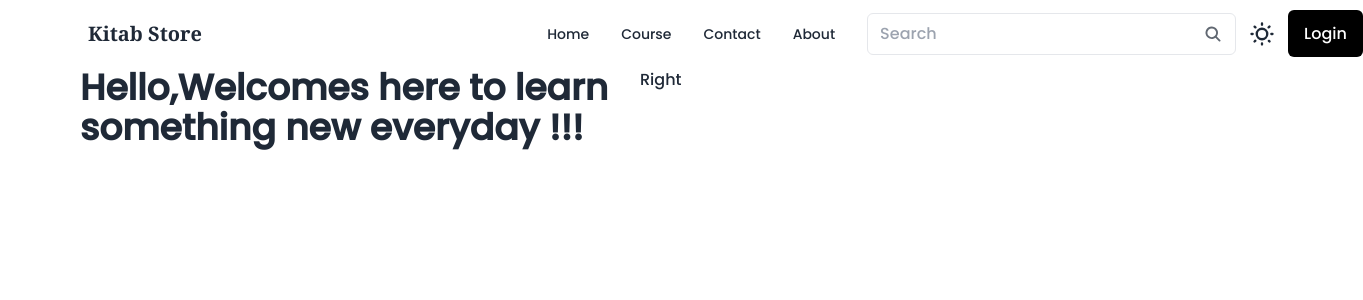
Repository: diensy/Kitab.com
Page: / (app in Frontend/)
These files come from the project's save history. The page is drawn as it stood at one moment and after a run of saves; the edit follows.
The browser window is 1280 px wide. The page is 1363 px wide, so the pictures cover 1363 px, including what lies to the right of the window. The pictures show the whole page.
The project was rebuilt for these pictures with package versions that can differ from the ones it lists, and the page was loaded fresh each time. Also part of the build but not shown: Frontend/vite.config.js.

Above is the page before, as saved 2024-07-28 23:19:01.

### Frontend/src/App.jsx
import React from 'react'
import Navbar from './Components/Navbar'
import Banners from './Components/Banner'
const App = () => {
  return (
    <>
    <Navbar/>
    <Banners/>
    </>
  )
}

export default App

### Frontend/src/index.css
@import url("https://fonts.googleapis.com/css2?family=Fredoka:wght@300..700&family=Montserrat:ital,wght@0,100..900;1,100..900&family=Poppins:wght@500&display=swap");
@tailwind base;
@tailwind components;
@tailwind utilities;

body {
  font-family: "Poppins", sans-serif;
}

### Frontend/src/Components/Navbar.jsx
import React from "react";

const Navbar = () => {
  const navItems = (
    <>
      <li>
        <a>Home</a>
      </li>
      <li>
        <a>Course</a>
      </li>
      <li>
        <a>Contact</a>
      </li>
      <li>
        <a>About</a>
      </li>
    </>
  );
  return (
    <>
      <div className="max-w-screen-2xl container mx-auto md:px-20 px-4">
        <div className="navbar bg-base-100">
          <div className="navbar-start">
            <div className="dropdown">
              <div
                tabIndex={0}
                role="button"
                className="btn btn-ghost lg:hidden"
              >
                <svg
                  xmlns="http://www.w3.org/2000/svg"
                  className="h-5 w-5"
                  fill="none"
                  viewBox="0 0 24 24"
                  stroke="currentColor"
                >
                  <path
                    strokeLinecap="round"
                    strokeLinejoin="round"
                    strokeWidth="2"
                    d="M4 6h16M4 12h8m-8 6h16"
                  />
                </svg>
              </div>
              <ul
                tabIndex={0}
                className="menu menu-sm dropdown-content bg-base-100 rounded-box z-[1] mt-3 w-52 p-2 shadow"
              >
                {navItems}
              </ul>
            </div>
            <a className="text-xl font-bold cursor-pointer font-serif">
              Kitab Store
            </a>
          </div>
          <div className="nav-end space-x-3">
            <div className="navbar-center hidden lg:flex ">
              <ul className="menu menu-horizontal px-1">{navItems}</ul>
            </div>
            <div className="hidden md:block">
              <label className="flex items-center gap-2 border outline-none px-3 py-2 rounded-md">
                <input type="text" className="grow" placeholder="Search" />
                <svg
                  xmlns="http://www.w3.org/2000/svg"
                  viewBox="0 0 16 16"
                  fill="currentColor"
                  className="h-5 w-5 opacity-70"
                >
                  <path
                    fillRule="evenodd"
                    d="M9.965 11.026a5 5 0 1 1 1.06-1.06l2.755 2.754a.75.75 0 1 1-1.06 1.06l-2.755-2.754ZM10.5 7a3.5 3.5 0 1 1-7 0 3.5 3.5 0 0 1 7 0Z"
                    clipRule="evenodd"
                  />
                </svg>
              </label>
            </div>
            <label className="swap swap-rotate">
              {/* this hidden checkbox controls the state */}
              <input
                type="checkbox"
                className="theme-controller"
                value="synthwave"
              />

              {/* sun icon */}
              <svg
                className="swap-off h-7 w-7 fill-current"
                xmlns="http://www.w3.org/2000/svg"
                viewBox="0 0 24 24"
              >
                <path d="M5.64,17l-.71.71a1,1,0,0,0,0,1.41,1,1,0,0,0,1.41,0l.71-.71A1,1,0,0,0,5.64,17ZM5,12a1,1,0,0,0-1-1H3a1,1,0,0,0,0,2H4A1,1,0,0,0,5,12Zm7-7a1,1,0,0,0,1-1V3a1,1,0,0,0-2,0V4A1,1,0,0,0,12,5ZM5.64,7.05a1,1,0,0,0,.7.29,1,1,0,0,0,.71-.29,1,1,0,0,0,0-1.41l-.71-.71A1,1,0,0,0,4.93,6.34Zm12,.29a1,1,0,0,0,.7-.29l.71-.71a1,1,0,1,0-1.41-1.41L17,5.64a1,1,0,0,0,0,1.41A1,1,0,0,0,17.66,7.34ZM21,11H20a1,1,0,0,0,0,2h1a1,1,0,0,0,0-2Zm-9,8a1,1,0,0,0-1,1v1a1,1,0,0,0,2,0V20A1,1,0,0,0,12,19ZM18.36,17A1,1,0,0,0,17,18.36l.71.71a1,1,0,0,0,1.41,0,1,1,0,0,0,0-1.41ZM12,6.5A5.5,5.5,0,1,0,17.5,12,5.51,5.51,0,0,0,12,6.5Zm0,9A3.5,3.5,0,1,1,15.5,12,3.5,3.5,0,0,1,12,15.5Z" />
              </svg>

              {/* moon icon */}
              <svg
                className="swap-on h-7 w-7 fill-current"
                xmlns="http://www.w3.org/2000/svg"
                viewBox="0 0 24 24"
              >
                <path d="M21.64,13a1,1,0,0,0-1.05-.14,8.05,8.05,0,0,1-3.37.73A8.15,8.15,0,0,1,9.08,5.49a8.59,8.59,0,0,1,.25-2A1,1,0,0,0,8,2.36,10.14,10.14,0,1,0,22,14.05,1,1,0,0,0,21.64,13Zm-9.5,6.69A8.14,8.14,0,0,1,7.08,5.22v.27A10.15,10.15,0,0,0,17.22,15.63a9.79,9.79,0,0,0,2.1-.22A8.11,8.11,0,0,1,12.14,19.73Z" />
              </svg>
            </label>
            <div className="">
              <a className="bg-black text-white px-4 py-3 rounded-md hover:bg-slate-800 duration-300 cursor-pointer">
                Login
              </a>
            </div>
          </div>
        </div>
      </div>
    </>
  );
};

export default Navbar;

### Frontend/src/Components/Banner.jsx
import React from "react";

const Banner = () => {
  return (
    <>
      <div className="max-w-screen-2xl container mx-auto md:px-20 px-4 flex flex-col md:flex-row">
        <div className="w-full md:w-1/2">
          <h1 className="text-4xl font-bold">Hello,Welcomes here to learn something <span className="text-">new everyday !!!</span></h1>
        </div>
        <div className="w-full md:w-1/2">Right</div>
      </div>
    </>
  );
};

export default Banner;

Loaded but not shown: Frontend/index.html (common file); Frontend/src/main.jsx (common file); Frontend/tailwind.config.js (common file)

After the next 3 saves:
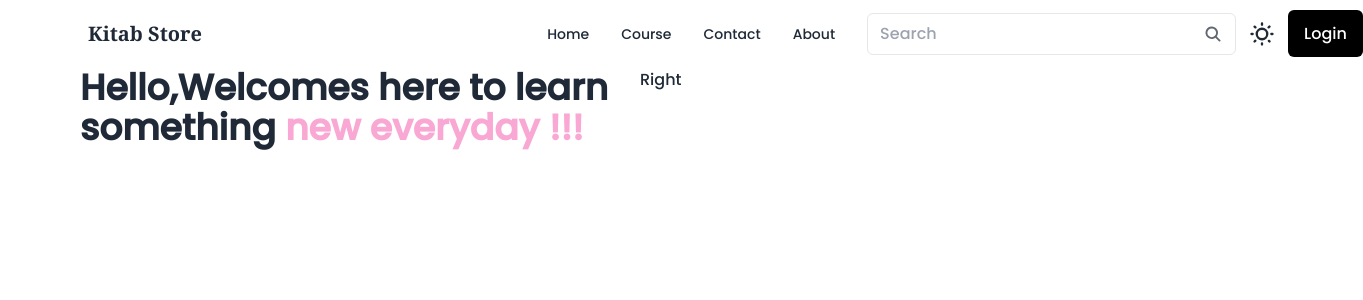
The 3 saves are shown as one change because they came seconds apart.
The last was saved 8 s later.
--- a/Frontend/src/Components/Banner.jsx
+++ b/Frontend/src/Components/Banner.jsx
@@ -5,7 +5,10 @@ const Banner = () => {
     <>
       <div className="max-w-screen-2xl container mx-auto md:px-20 px-4 flex flex-col md:flex-row">
         <div className="w-full md:w-1/2">
-          <h1 className="text-4xl font-bold">Hello,Welcomes here to learn something <span className="text-">new everyday !!!</span></h1>
+          <h1 className="text-4xl font-bold">
+            Hello,Welcomes here to learn something{" "}
+            <span className="text-pink-300">new everyday !!!</span>
+          </h1>
         </div>
         <div className="w-full md:w-1/2">Right</div>
       </div>
